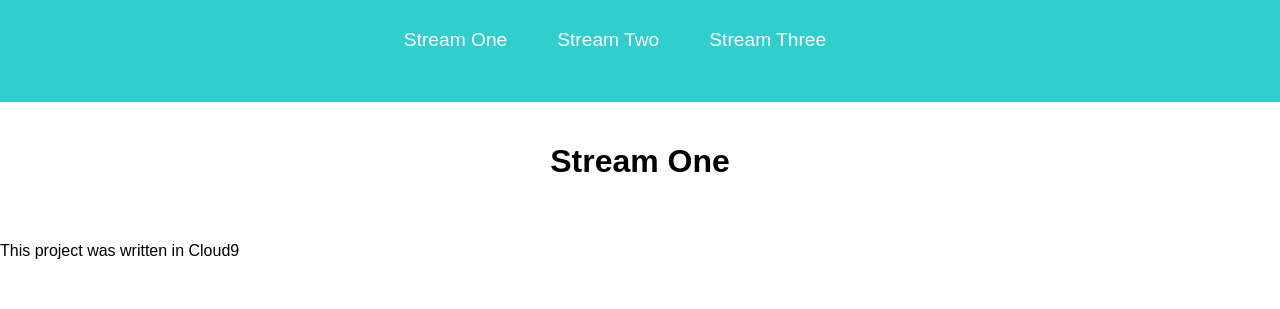
Repository: ck00lman/my-first-website
Page: stream-one.html
The author's editor kept a record of every edit. The page is drawn from the files as they stood at one moment, then again after the next edit.
The browser window is 1280 px wide. The pictures show the whole page.

Above is the page before.

After the next edit:
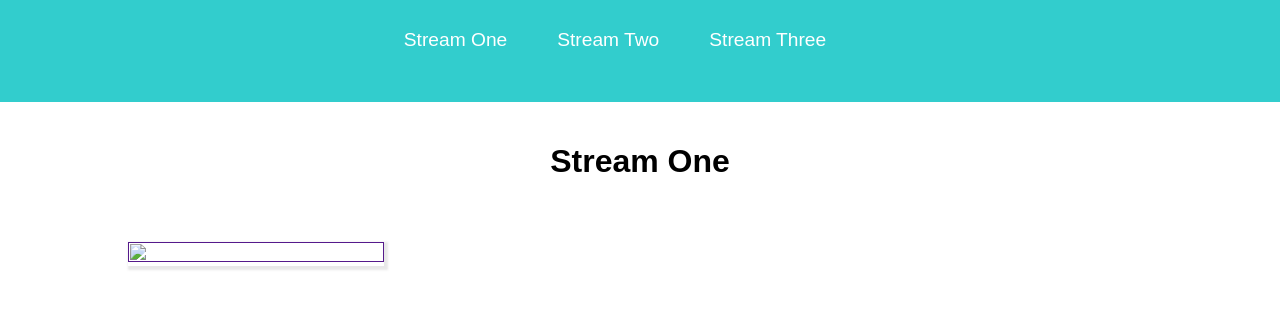
The edit:
--- a/stream-one.html
+++ b/stream-one.html
@@ -14,6 +14,12 @@
             </ul>
         </nav>
         <h1>Stream One</h1>
-        <p>This project was written in Cloud9</p>
+        <div class="card">
+            <a href="">
+                <img src=""></img>
+                <h2></h2>
+
+            </a>
+        </div>
     </body>
 </html>
